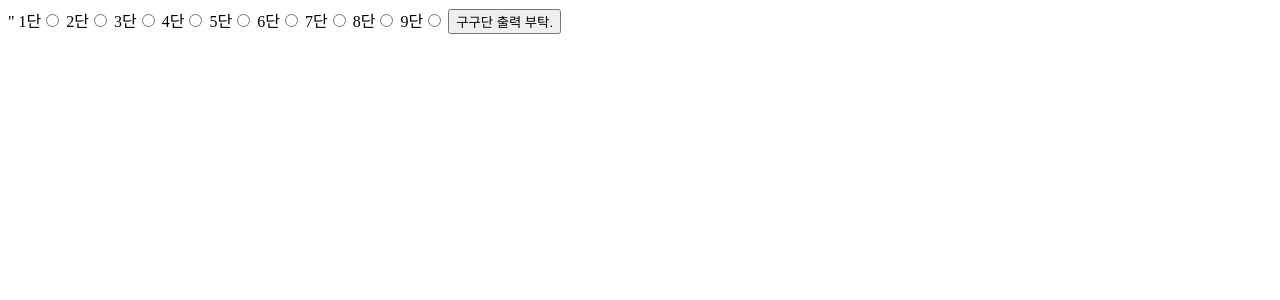
Repository: Moonsun23/jsp
Page: http://localhost/jsp01/gugudanFormRadio.jsp
The author's editor kept a copy of each file at every save. The page is drawn from the files as they stood at one save, then again after the next save.
The browser window is 1280 px wide. The pictures show the whole page.
The page is served by Tomcat 9.

Above is the page before, as saved 2023-06-02 06:48:15.

After the next save:
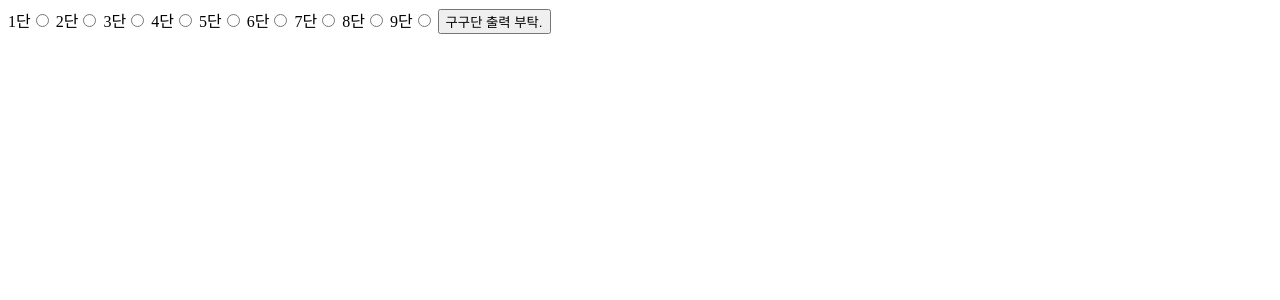
Saved 12 s later.
--- a/jsp01/src/main/webapp/gugudanFormRadio.jsp
+++ b/jsp01/src/main/webapp/gugudanFormRadio.jsp
@@ -7,7 +7,7 @@
 <title>Insert title here</title>
 </head>
 <body>
-	<form action='gugudanResult.jsp'>"
+	<form action='gugudanResult.jsp'>
 				<label><span>1단</span><input type='radio' name='dan' value='1'></label>
 				<label><span>2단</span><input type='radio' name='dan' value='2'></label>
 				<label><span>3단</span><input type='radio' name='dan' value='3'></label>
